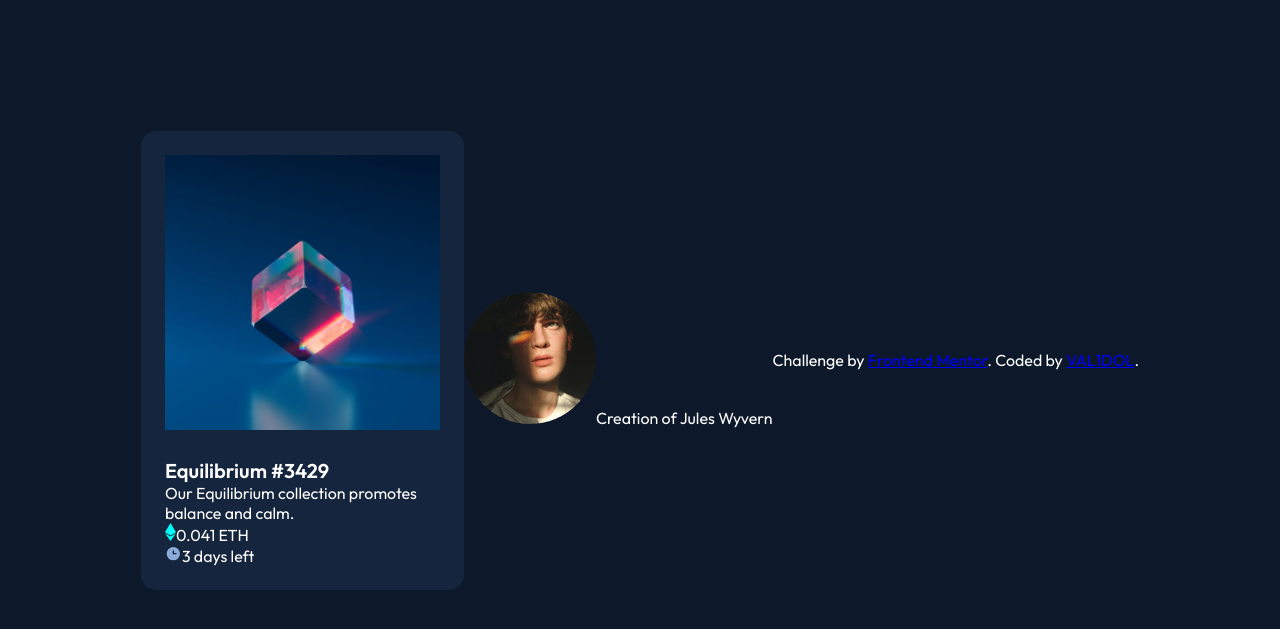
Repository: VAL1DOL-web/fm-NFT-preview-card-component
Page: index.html
The author's editor kept a copy of each file at every save. The page is drawn from the files as they stood at one save, then again after the next save.
The browser window is 1280 px wide. The pictures show the whole page.

Above is the page before, as saved 2024-01-07 15:37:57.

After the next save:
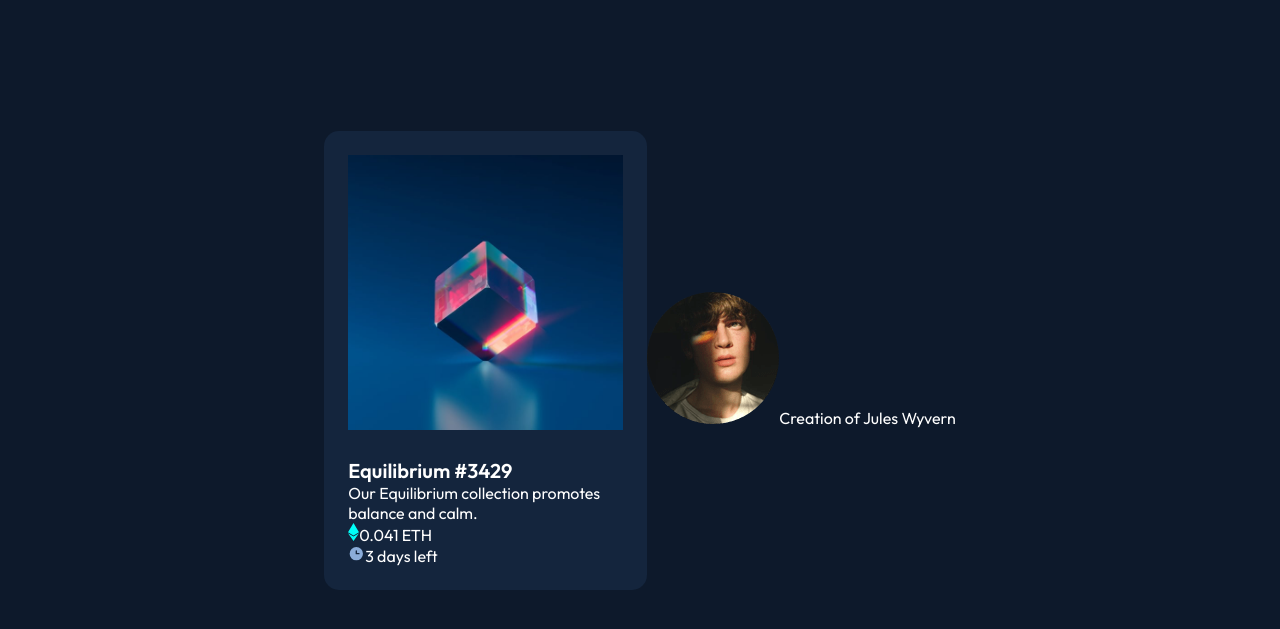
Saved 42 s later.
--- a/index.html
+++ b/index.html
@@ -29,9 +29,5 @@
   <div class="creator">
     <img src="images/image-avatar.png" alt="">Creation of <span>Jules Wyvern</span>
   </div>
-  <div class="attribution">
-    Challenge by <a href="https://www.frontendmentor.io?ref=challenge" target="_blank">Frontend Mentor</a>.
-    Coded by <a href="https://github.com/VAL1DOL-web">VAL1DOL</a>.
-  </div>
 </body>
 </html>
